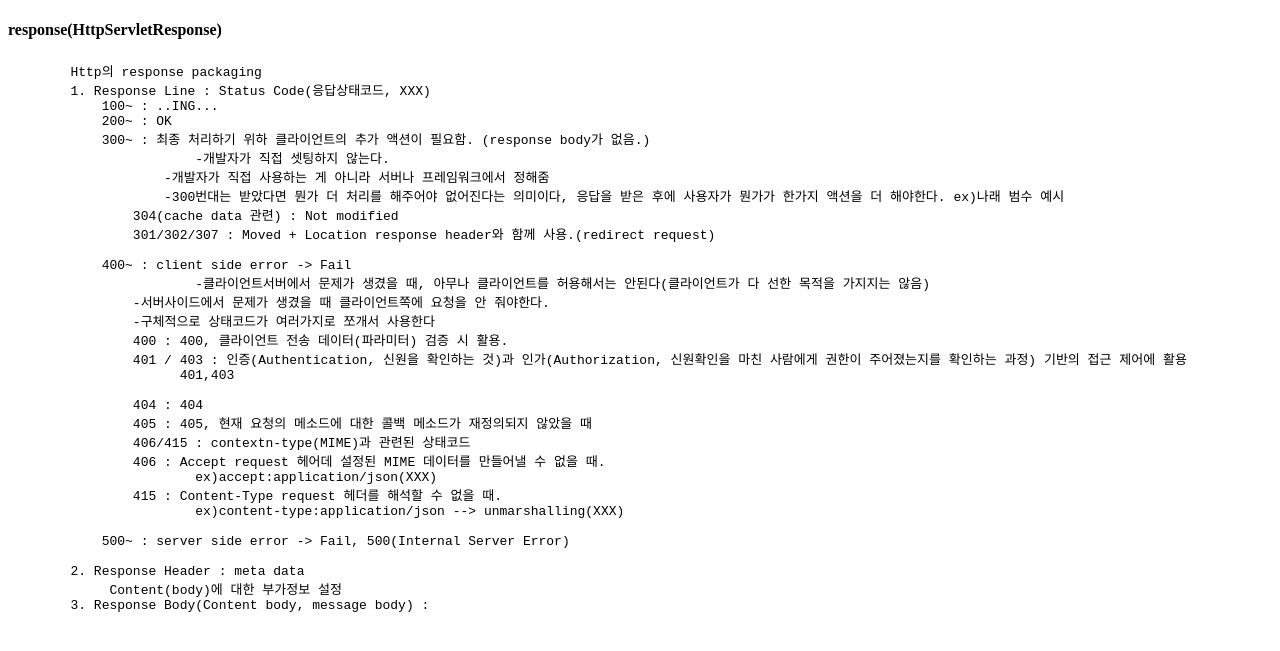
Repository: YOUNARAE/JSP
Page: http://localhost/WebStudy01/05/responseDesc.jsp
An editor plug-in stored every save of this project. The page is shown before and after the next save, followed by the edit.
The browser window is 1280 px wide. The pictures show the whole page.
The page is served by Tomcat 9.

Above is the page before, as saved 2022-12-13 06:40:04.

After the next save:
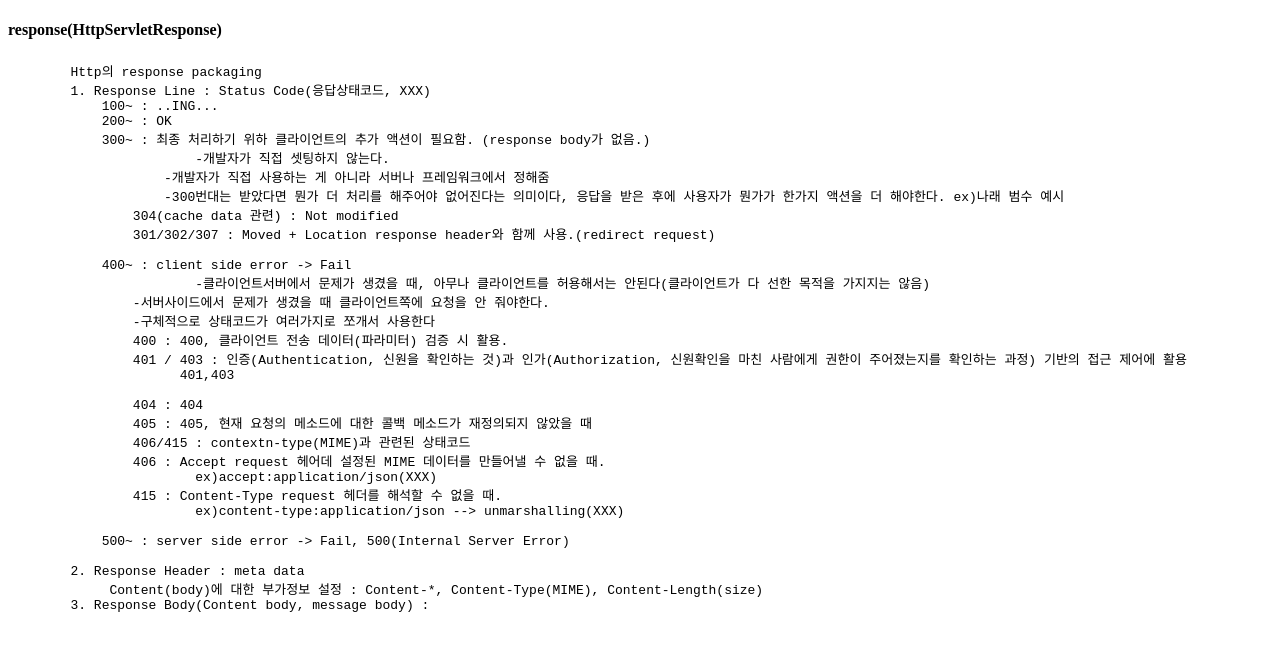
Saved 35 s later.
--- a/WebStudy01/src/main/webapp/05/responseDesc.jsp
+++ b/WebStudy01/src/main/webapp/05/responseDesc.jsp
@@ -45,7 +45,7 @@
 	    500~ : server side error -> Fail, 500(Internal Server Error)
 
 	2. Response Header : meta data
-	     Content(body)에 대한 부가정보 설정
+	     Content(body)에 대한 부가정보 설정 : Content-*, Content-Type(MIME), Content-Length(size)
 	3. Response Body(Content body, message body) :
 			<%--response.getWriter(), response.getOutputStream() , <%= %>, out -->--%>
 
